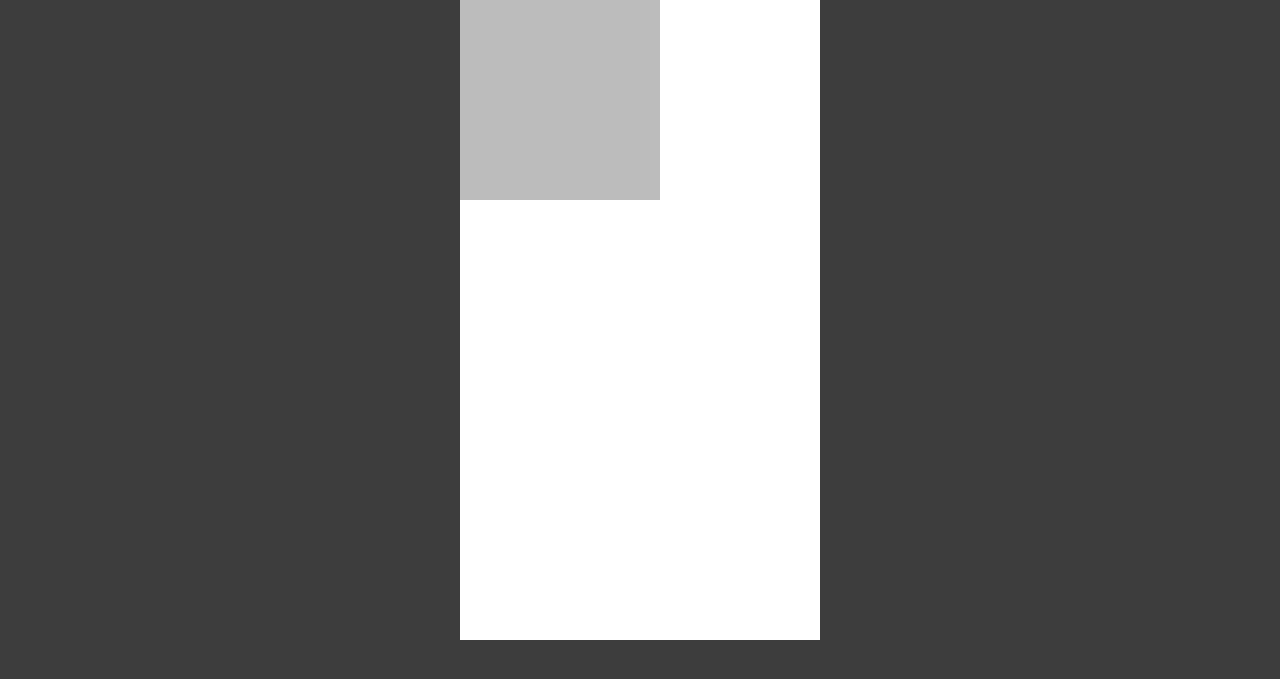
Repository: codebloxedu/galileo
Page: index.html
An editor plug-in stored every save of this project. The page is shown before and after a run of saves, followed by the edit.
The browser window is 1280 px wide. The pictures show the whole page.

Above is the page before, as saved 2022-07-04 17:05:15.

After the next 2 saves:
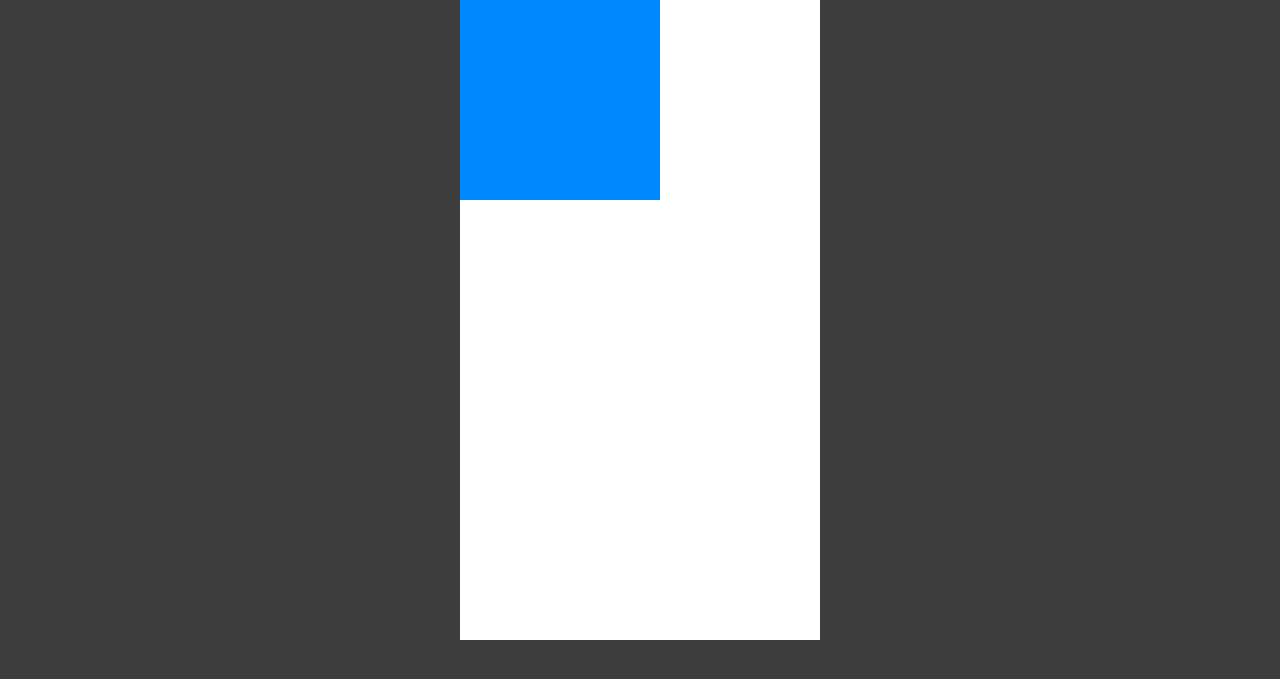
The 2 saves are shown as one change because they came seconds apart.
The last was saved 33 s later.
--- a/pages/newFile.js
+++ b/pages/newFile.js
@@ -11,5 +11,6 @@ let background = new Layer({
 background.centerX();
 
 let objek = new Layer({
+    backgroundColor: "#0088FF",
     parent: background
 })
